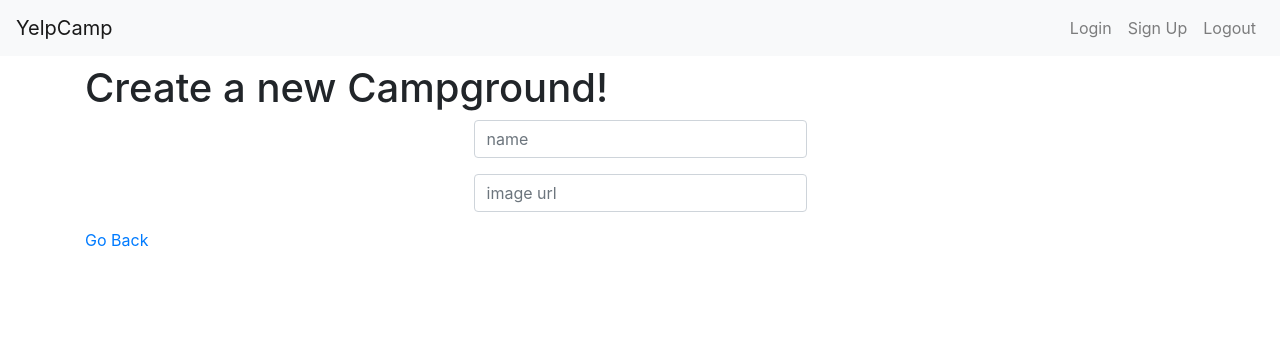
Repository: bosicheng/yelpcamp-project
Page: http://localhost/campgrounds/new
The author's editor kept a record of every edit. The page is drawn from the files as they stood at one moment, then again after the next edit.
The browser window is 1280 px wide. The pictures show the whole page.
Some web libraries are served in a nearby version. The page is served by the project's Node server (YelpCamp/v1/app.js).

Above is the page before.
Console error (its wording comes from the project's code and is left out).

### YelpCamp/v1/views/new.ejs
<% include partials/header %>

<div class='container'>
    <h1>Create a new Campground!</h1>
    <div style="width:30%;margin:0 auto">
        <div class="form-group">
            <input class='form-control' type='text' name='name' placeholder='name'>
        </div>
        <div class="form-group">
            <input class='form-control' tytpe='text' name='image' placeholder='image url'>
        </div>
        <div class="form-group">

        </div>
        <form action='/campgrounds' method='POST'>
        <!--这里的name会变成req.body下的属性-->
    </form>
    </div>
    <a href='/campgrounds'>Go Back</a>
</div>

<% include partials/footer %>

### YelpCamp/v1/views/partials/header.ejs
<!DOCTYPE html>
<html>
    <head>
        <title>YelpCamp</title>
        <link rel="stylesheet" href="https://stackpath.bootstrapcdn.com/bootstrap/4.1.3/css/bootstrap.min.css">
        <script src="https://code.jquery.com/jquery-3.2.1.slim.min.js" integrity="sha384-KJ3o2DKtIkvYIK3UENzmM7KCkRr/rE9/Qpg6aAZGJwFDMVNA/GpGFF93hXpG5KkN" crossorigin="anonymous"></script>
        <script src="https://maxcdn.bootstrapcdn.com/bootstrap/4.0.0-beta/js/bootstrap.min.js" integrity="sha384-h0AbiXch4ZDo7tp9hKZ4TsHbi047NrKGLO3SEJAg45jXxnGIfYzk4Si90RDIqNm1" crossorigin="anonymous"></script>
        <script src="https://cdnjs.cloudflare.com/ajax/libs/popper.js/1.11.0/umd/popper.min.js" integrity="sha384-b/U6ypiBEHpOf/4+1nzFpr53nxSS+GLCkfwBdFNTxtclqqenISfwAzpKaMNFNmj4" crossorigin="anonymous"></script>
    </head>
    <body>
        <nav class="navbar navbar-expand-lg navbar-light bg-light mb-2">
          <a class="navbar-brand" href="/">YelpCamp</a>
          <button class="navbar-toggler" type="button" data-toggle="collapse" data-target="#navbarTogglerDemo01" aria-controls="navbarTogglerDemo01" aria-expanded="false" aria-label="Toggle navigation">
            <span class="navbar-toggler-icon"></span>
          </button>
          <div class="collapse navbar-collapse" id="navbarTogglerDemo01">
            <ul class="navbar-nav ml-auto mt-2 mt-lg-0">
              <li class="nav-item">
                <a class="nav-link" href="#">Login</a>
              </li>
              <li class="nav-item">
                <a class="nav-link" href="#">Sign Up</a>
              </li>
              <li class="nav-item">
                <a class="nav-link" href="#">Logout</a>
              </li>
            </ul>
          </div>
        </nav>

### YelpCamp/v1/app.js
var express=require('express');
var app=express();
var bodyParser=require('body-parser')

app.set('view engine','ejs')
app.use(bodyParser.urlencoded({extended:true}));

app.get('/',function(req,res){
    res.render("landing");
})

var campgrounds=[
        {name:'aaa',image:'https://farm4.staticflickr.com/3241/2984981452_e9008b9280.jpg'},
        {name:'bbb',image:'https://farm7.staticflickr.com/6089/6094103869_d53a990c83.jpg'},
        {name:'ccc',image:'https://farm8.staticflickr.com/7284/8744029089_2d4a4d0fd7.jpg'},
        {name:'aaa',image:'https://farm4.staticflickr.com/3241/2984981452_e9008b9280.jpg'},
        {name:'bbb',image:'https://farm7.staticflickr.com/6089/6094103869_d53a990c83.jpg'},
        {name:'ccc',image:'https://farm8.staticflickr.com/7284/8744029089_2d4a4d0fd7.jpg'},
        {name:'aaa',image:'https://farm4.staticflickr.com/3241/2984981452_e9008b9280.jpg'},
        {name:'bbb',image:'https://farm7.staticflickr.com/6089/6094103869_d53a990c83.jpg'},
        {name:'ccc',image:'https://farm8.staticflickr.com/7284/8744029089_2d4a4d0fd7.jpg'},
    ];

app.get('/campgrounds',function(req,res){
    res.render("campgrounds",{campgrounds:campgrounds})
})

app.get('/campgrounds/new',function(req,res){
    res.render('new')
})

// 这里虽然get和post的url是同一个，但是他们是不同的用法所以是不同的route不会相互影响
//如果对get的/campgrounds页面进行修改，post请求去修改campgrounds也应该同样的url，这是convention
app.post("/campgrounds",function(req,res){
    //get data from form and add to campground
    var name=req.body.name;
    var image=req.body.image;
    campgrounds.push({name:name,image:image});
    //redirect to campground page
    res.redirect('/campgrounds')
})

app.listen(process.env.PORT,process.env.IP,function(){
    console.log("Yelpcamp has started!")
})

Loaded but not shown: YelpCamp/v1/views/partials/footer.ejs (common file)

After the next edit:
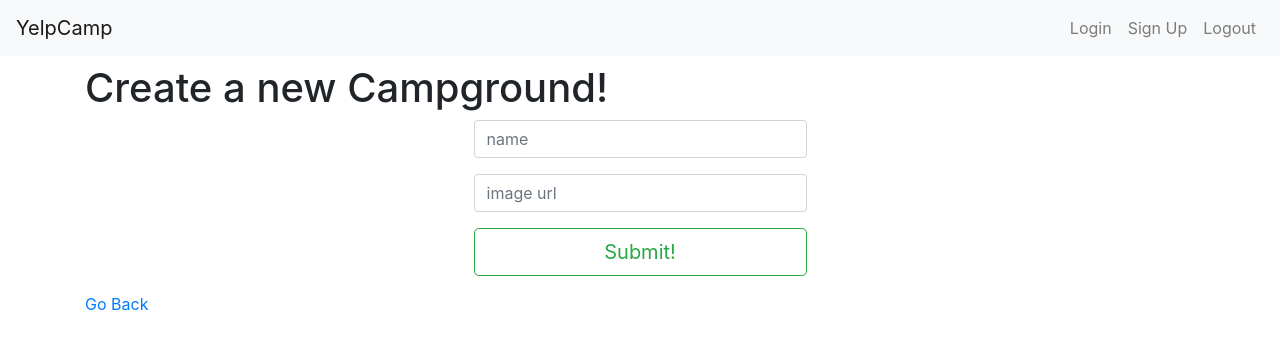
The edit:
--- a/YelpCamp/v1/views/new.ejs
+++ b/YelpCamp/v1/views/new.ejs
@@ -10,7 +10,7 @@
             <input class='form-control' tytpe='text' name='image' placeholder='image url'>
         </div>
         <div class="form-group">
-
+             <button class="btn btn-lg btn-outline-success btn-block">Submit!</button>
         </div>
         <form action='/campgrounds' method='POST'>
         <!--这里的name会变成req.body下的属性-->
